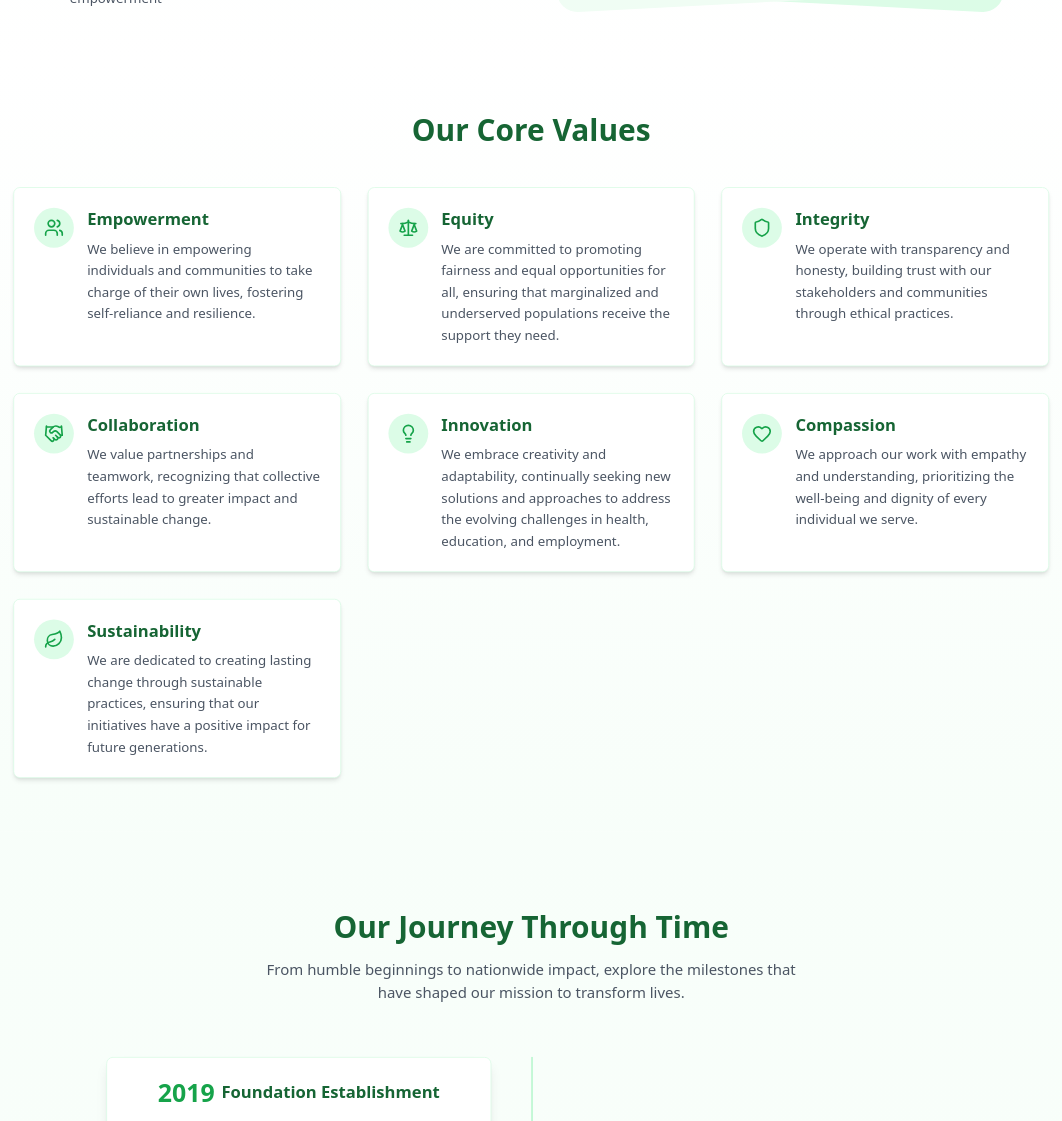
Repository: rajukumar2003/chandra-foundation
Page: /aboutus
These files come from the project's save history. The page is drawn as it stood at one moment and after the next save; the edit follows.
The browser window is 1280 px wide. The pictures show the part of the page from y = 2245 to 3595 px (the page is 7651 px tall before and 7659 px after), at 83% of full size.
Pictures or frames that could not be fetched are drawn as grey boxes. The project was rebuilt for these pictures with package versions that can differ from the ones it lists, and the page was loaded fresh each time. The framework's server and built-in components were replaced by stand-ins that run in the browser. Also part of the build but not shown: next.config.ts.

Above is the page before, as saved 2025-01-30 21:10:27.

After the next save:
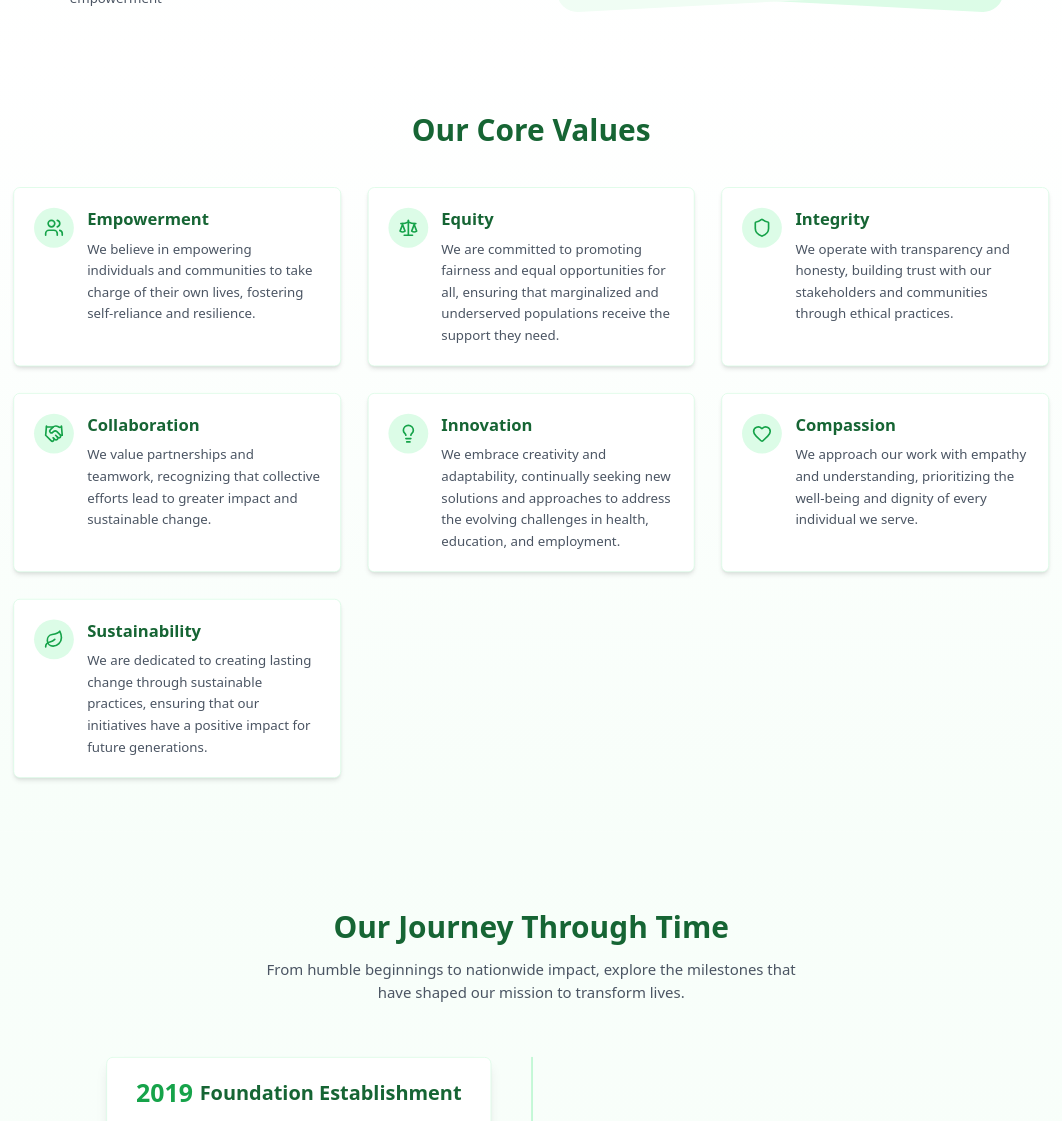
Saved 16 s later.
--- a/app/components/HistorySection.tsx
+++ b/app/components/HistorySection.tsx
@@ -108,7 +108,7 @@ export default function HistorySection() {
                   <div className="flex items-center justify-center mb-4">
                     <span className="text-3xl font-bold text-green-600">{event.year}</span>
                     <div className="bg-transparent mx-1" />
-                    <h3 className="text-xl font-semibold text-green-800">{event.title}</h3>
+                    <h3 className="text-2xl font-semibold text-green-800">{event.title}</h3>
                   </div>
 
                   <div className="relative aspect-video w-full mb-4 rounded-lg overflow-hidden">
